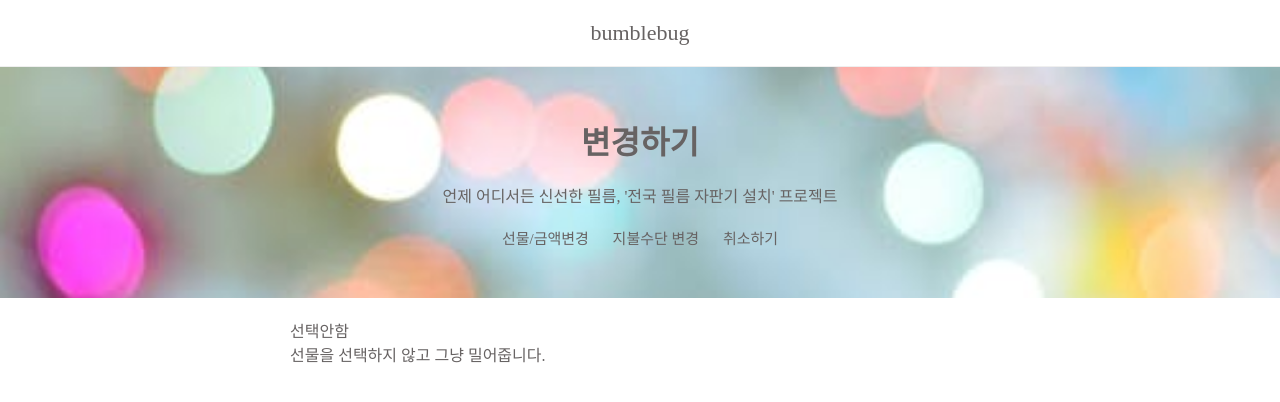
Repository: fepanbr/bumblbug
Page: http://localhost/WebProject/Mypage/changeItem.jsp
An editor plug-in stored every save of this project. The page is shown before and after the next save, followed by the edit.
The browser window is 1280 px wide. The pictures show the whole page.
The page is served by Tomcat 9.

Above is the page before, as saved 2019-05-31 13:30:39.

After the next save:
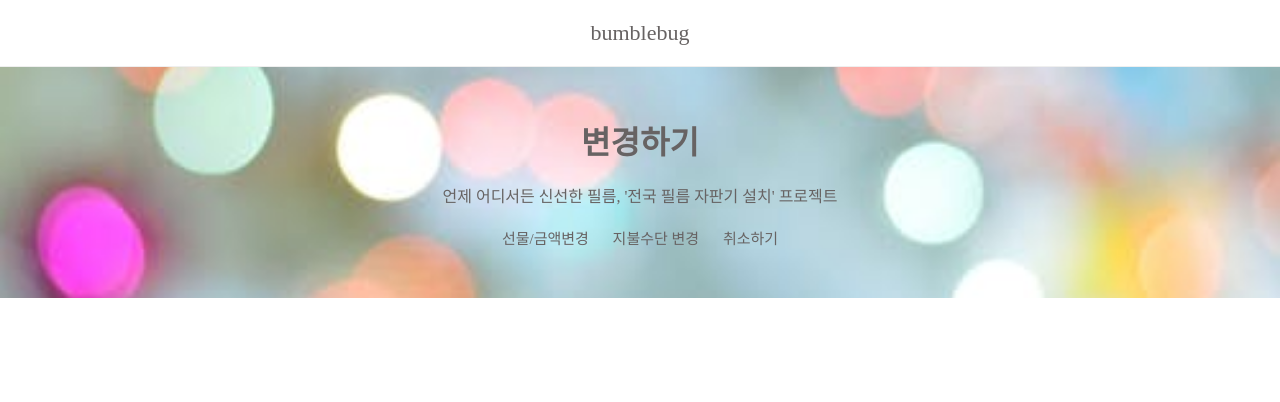
Saved 13 s later.
--- a/WebProject/WebContent/Mypage/changeItem.jsp
+++ b/WebProject/WebContent/Mypage/changeItem.jsp
@@ -117,15 +117,6 @@
     </div>
     <div class="b-container-wrap">
         <div class="b-container">
-            <label class="b-item">
-                <div class="b-item-price">
-                    선택안함
-                </div>
-                <div class="b-item-info">
-                    선물을 선택하지 않고 그냥 밀어줍니다.
-                </div>
-
-
 
 
             </label>
